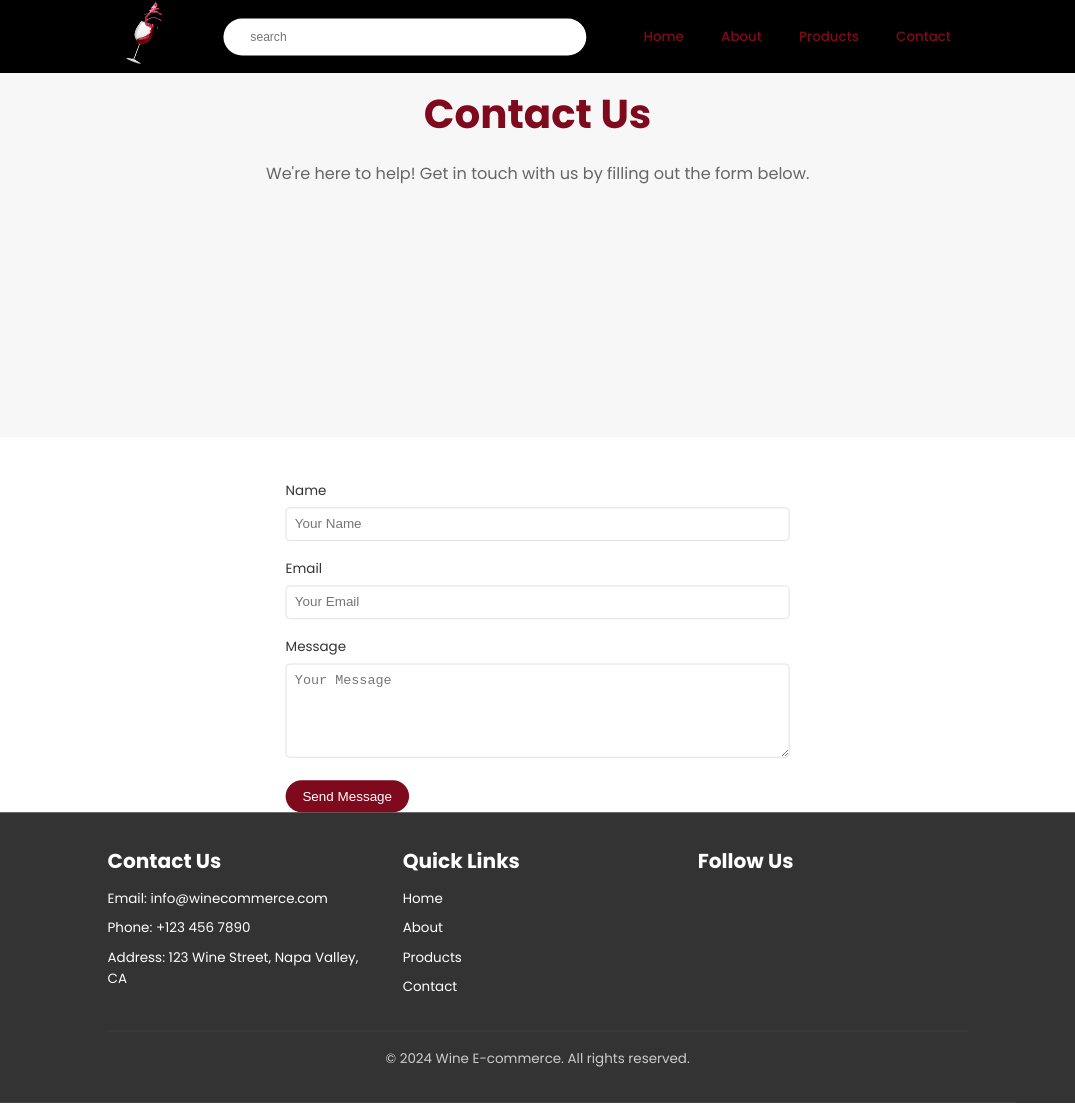
Repository: vncntxl/assesment3
Page: contact.html
The author's editor kept a copy of each file at every save. The page is drawn from the files as they stood at one save, then again after the next save.
The browser window is 1280 px wide. The pictures show the whole page, at 84% of full size.

Above is the page before, as saved 2024-08-22 13:29:42.

### contact.html
<!DOCTYPE html>
<html lang="en">

<head>
    <meta charset="UTF-8">
    <meta name="viewport" content="width=device-width, initial-scale=1.0">
    <title>Contact Us - Wine E-commerce</title>
    <link rel="stylesheet" href="styles.css">
</head>

<body>
    <!-- START OF NAVBAR -->
    <nav class="nav">
        <div class="container">
            <a href="index.html">
                <img class="logo" src="images/logo.png" alt="Logo">
            </a>
            <div class="search-bar">
                <i class="uil uil-search"></i>
                <input type="search" placeholder="search">
            </div>
            <ul>
                <li><a href="index.html">Home</a></li>
                <li><a href="about.html">About</a></li>
                <li><a href="products.html">Products</a></li>
                <li><a href="contact.html" class="active">Contact</a></li>
            </ul>
        </div>
    </nav>
    <!-- END OF NAVBAR -->

    <!-- START OF CONTACT SECTION -->
    <section class="contact-hero">
        <div class="container">
            <h1>Contact Us</h1>
            <p>We're here to help! Get in touch with us by filling out the form below.</p>
        </div>
    </section>

    <section class="contact-form container">
        <form id="contactForm">
            <div class="form-group">
                <label for="name">Name</label>
                <input type="text" id="name" name="name" placeholder="Your Name" required>
            </div>
            <div class="form-group">
                <label for="email">Email</label>
                <input type="email" id="email" name="email" placeholder="Your Email" required>
            </div>
            <div class="form-group">
                <label for="message">Message</label>
                <textarea id="message" name="message" placeholder="Your Message" rows="5" required></textarea>
            </div>
            <button type="submit" class="btn">Send Message</button>
        </form>
    </section>
    <!-- END OF CONTACT SECTION -->

    <!-- START OF FOOTER -->
    <footer class="footer">
        <div class="container">
            <div class="footer-columns">
                <div class="footer-column">
                    <h3>Contact Us</h3>
                    <ul>
                        <li>Email: info@winecommerce.com</li>
                        <li>Phone: +123 456 7890</li>
                        <li>Address: 123 Wine Street, Napa Valley, CA</li>
                    </ul>
                </div>
                <div class="footer-column">
                    <h3>Quick Links</h3>
                    <ul>
                        <li><a href="index.html">Home</a></li>
                        <li><a href="about.html">About</a></li>
                        <li><a href="products.html">Products</a></li>
                        <li><a href="#">Contact</a></li>
                    </ul>
                </div>
                <div class="footer-column">
                    <h3>Follow Us</h3>
                    <ul class="social-links">
                        <li><a href="#"><i class="uil uil-facebook-f"></i></a></li>
                        <li><a href="#"><i class="uil uil-twitter"></i></a></li>
                        <li><a href="#"><i class="uil uil-instagram"></i></a></li>
                        <li><a href="#"><i class="uil uil-linkedin-alt"></i></a></li>
                    </ul>
                </div>
            </div>
            <p class="footer-note">&copy; 2024 Wine E-commerce. All rights reserved.</p>
        </div>
    </footer>
    <!-- END OF FOOTER -->

    <script>
        document.getElementById("contactForm").addEventListener("submit", function(event) {
            event.preventDefault();
            alert("Successfully contacted!");
            document.getElementById("contactForm").reset(); // Reset the form after submission
        });
    </script>
</body>

</html>

### styles.css
/* font */
@import url('https://fonts.googleapis.com/css2?family=Poppins:ital,wght@0,100;0,200;0,300;0,400;0,500;0,600;0,700;0,800;0,900;1,100;1,200;1,300;1,400;1,500;1,600;1,700;1,800;1,900&display=swap');

* {
    padding: 0;
    margin: 0;
    box-sizing: border-box;
    outline: none;
    border: none;
}

body {
    font-family: 'Poppins', sans-serif;
}

.container {
    width: 80%;
    margin: 0 auto;
}

nav {
    width: 100%;
    background-color: black;
    padding: 0.7 rem 0;
    position: fixed;
    top: 0;
    z-index: 10;
}

.logo {
    max-width: 90px;
}

nav .container {
    display: flex;
    align-items: center;
    justify-content: space-between;
}

.search-bar {
    background-color: #fff;
    border-radius: 2rem;
    padding: 0.6rem 1rem;
    margin: 15px;
}

.search-bar input[type="search"] {
    background: transparent;
    width: 30vw;
    margin-left: 1rem;
    font-size: 0.9rem;
    color: #800A1D;

}

nav li {
    display: inline-block;
    padding: 0 20px;
}

nav li a {
    text-decoration: none;
    color: #800A1D;
    font-weight: 500;
}

.hero-section {
    margin-top: 85px;
}

.white-image {
    background-image: url(images/white.jpg);
}

.red-image {
    background-image: url(images/red.jpg);

}

.rose-image {
    background-image: url(images/rose.jpg);

}

.sparkling-image {
    background-image: url(images/white.jpg);

}

.carousel {
    background: #EEE;
    font-size: 80px;
    color: #fff;
    font-weight: 600;
    max-height: 500px;
    margin-bottom: 50px;
}
.carousel-cell {
    width: 100%;
    height: 500px;
    display: flex;
    align-items: center;
    justify-content: center;
    background-size: cover;
    background-position: center;
    background-repeat: no-repeat;
    transition: opacity 0.3s ease;
}

/* cell number */
.carousel-cell:before {
    display: block;
    text-align: center;
    line-height: 200px;
    font-size: 80px;
    color: white;
}


/* big buttons, no circle */
.flickity-prev-next-button {
    width: 50px;
    height: 50px;
    background: rgba(255, 255, 255, 0.5);
    position: absolute;
    top: 50%;
    transform: translateY(-50%);
    z-index: 1000;
}

/* arrow color */
.flickity-prev-next-button .arrow {
    fill: white;
}

.flickity-prev-next-button.no-svg {
    color: white;
}

.flickity-prev-next-button:hover {
    background: transparent;
}

/* hide disabled button */
.flickity-prev-next-button:disabled {
    display: none;
}
/* Start of main content section */
.main-content {
    margin: 0px px;
}

.featured-products {
    text-align: center;
    margin-bottom: 50px;
}

.featured-products h2 {
    font-size: 2.5rem;
    color: #800A1D;
}

.products {
    display: grid;
    grid-template-columns: repeat(auto-fit, minmax(250px, 1fr));
    gap: 20px;
    margin-top: 20px;
}

.product-card {
    background-color: #fff;
    border: 1px solid #ddd;
    border-radius: 10px;
    overflow: hidden;
    box-shadow: 0px 0px 10px rgba(0, 0, 0, 0.1);
    transition: transform 0.3s ease;
    text-align: center;
    padding: 20px;
}

.product-card img {
    width: 100%;
    height: 300px;
    object-fit: contain;
    display: block;
    margin: 0 auto;
}


.product-card h3 {
    font-size: 1.5rem;
    color: #333;
    margin-bottom: 10px;
}

.product-card .price {
    font-size: 1.2rem;
    color: #800A1D;
}

.product-card:hover {
    transform: translateY(-5px);
}

/* About Us Section */
.about-us {
    text-align: center;
    padding: 50px 50px;
    width: 100%;
}

.about-us h2 {
    font-size: 2.5rem;
    color: #800A1D;
    margin-bottom: 20px;
}

.about-us p {
    font-size: 1.1rem;
    color: #666;
    margin-bottom: 30px;
}

.about-us .btn {
    display: inline-block;
    background-color: #800A1D;
    color: #fff;
    padding: 10px 20px;
    border-radius: 20px;
    text-decoration: none;
    transition: background-color 0.3s ease;
}

.about-us .btn:hover {
    background-color: #a00;
}

/* Footer Styles */
.footer {
    background-color: #333;
    color: #fff;
    padding: 40px 0;
    text-align: left;
}

.footer-columns {
    display: grid;
    grid-template-columns: repeat(auto-fit, minmax(200px, 1fr));
    gap: 30px;
    margin-bottom: 30px;
}

.footer-column h3 {
    font-size: 1.5rem;
    margin-bottom: 15px;
}

.footer-column ul {
    list-style: none;
}

.footer-column ul li {
    margin-bottom: 10px;
}

.footer-column ul li a {
    color: #fff;
    text-decoration: none;
}

.footer-column ul li a:hover {
    text-decoration: underline;
}

.social-links {
    display: flex;
    gap: 10px;
}

.social-links li {
    list-style: none;
}

.social-links li a {
    color: #fff;
    font-size: 1.5rem;
    transition: color 0.3s ease;
}

.social-links li a:hover {
    color: #800A1D;
}

.footer-note {
    text-align: center;
    font-size: 1rem;
    color: #ccc;
    border-top: 1px solid #444;
    padding-top: 20px;
    margin-top: 20px;
}

.about-hero {
    background-image: url('images/about-background.jpg');
    background-size: cover;
    background-position: center;
    padding-bottom: 50px;
    text-align: center;
    color: #fff;
}

.about-hero h1 {
    font-size: 3rem;
    margin-bottom: 20px;
}

.about-hero p {
    font-size: 1.2rem;
    max-width: 700px;
    margin: 0 auto;
}

.about-content {
    display: flex;
    flex-wrap: wrap;
    margin-top: 50px;
}

.about-text {
    flex: 1;
    padding-right: 20px;
}

.about-image {
    flex: 1;
}

.about-image img {
    max-width: 100%;
    border-radius: 10px;
    box-shadow: 0px 0px 20px rgba(0, 0, 0, 0.1);
}

.team {
    text-align: center;
    margin-top: 80px;
}

.team h2 {
    font-size: 2.5rem;
    color: #800A1D;
    margin-bottom: 50px;
}

.team-grid {
    display: grid;
    grid-template-columns: repeat(auto-fit, minmax(200px, 1fr));
    gap: 30px;
}

.team-member {
    text-align: center;
}

.team-member img {
    width: 100%;
    height: auto;
    border-radius: 50%;
    margin-bottom: 15px;
}

.team-member h3 {
    font-size: 1.5rem;
    color: #333;
    margin-bottom: 5px;
}

.team-member p {
    font-size: 1rem;
    color: #777;
}

.products-hero{
    margin-top: 100px;
    margin-bottom: 50px;
}
.products-hero .product-card{
    margin-bottom: 50px;
}
.contact-hero {
    background-color: #f7f7f7;
    padding: 100px 0;
    text-align: center;
    color: #333;
}

.contact-hero h1 {
    font-size: 3rem;
    margin-bottom: 20px;
    color: #800A1D;
}

.contact-hero p {
    font-size: 1.2rem;
    max-width: 700px;
    margin: 0 auto;
    margin-bottom: 200px;
    color: #666;
}

.contact-form {
    margin-top: 50px;
    max-width: 600px;
}

.contact-form .form-group {
    margin-bottom: 20px;
}

.contact-form label {
    display: block;
    font-size: 1rem;
    color: #333;
    margin-bottom: 8px;
}

.contact-form input[type="text"],
.contact-form input[type="email"],
.contact-form textarea {
    width: 100%;
    padding: 10px;
    border-radius: 5px;
    border: 1px solid #ddd;
    font-size: 1rem;
    color: #333;
}

.contact-form textarea {
    resize: vertical;
}

.contact-form .btn {
    display: inline-block;
    background-color: #800A1D;
    color: #fff;
    padding: 10px 20px;
    border-radius: 20px;
    text-decoration: none;
    transition: background-color 0.3s ease;
    cursor: pointer;
    border: none;
    font-size: 1rem;
}

.contact-form .btn:hover {
    background-color: #a00;
}

After the next save:
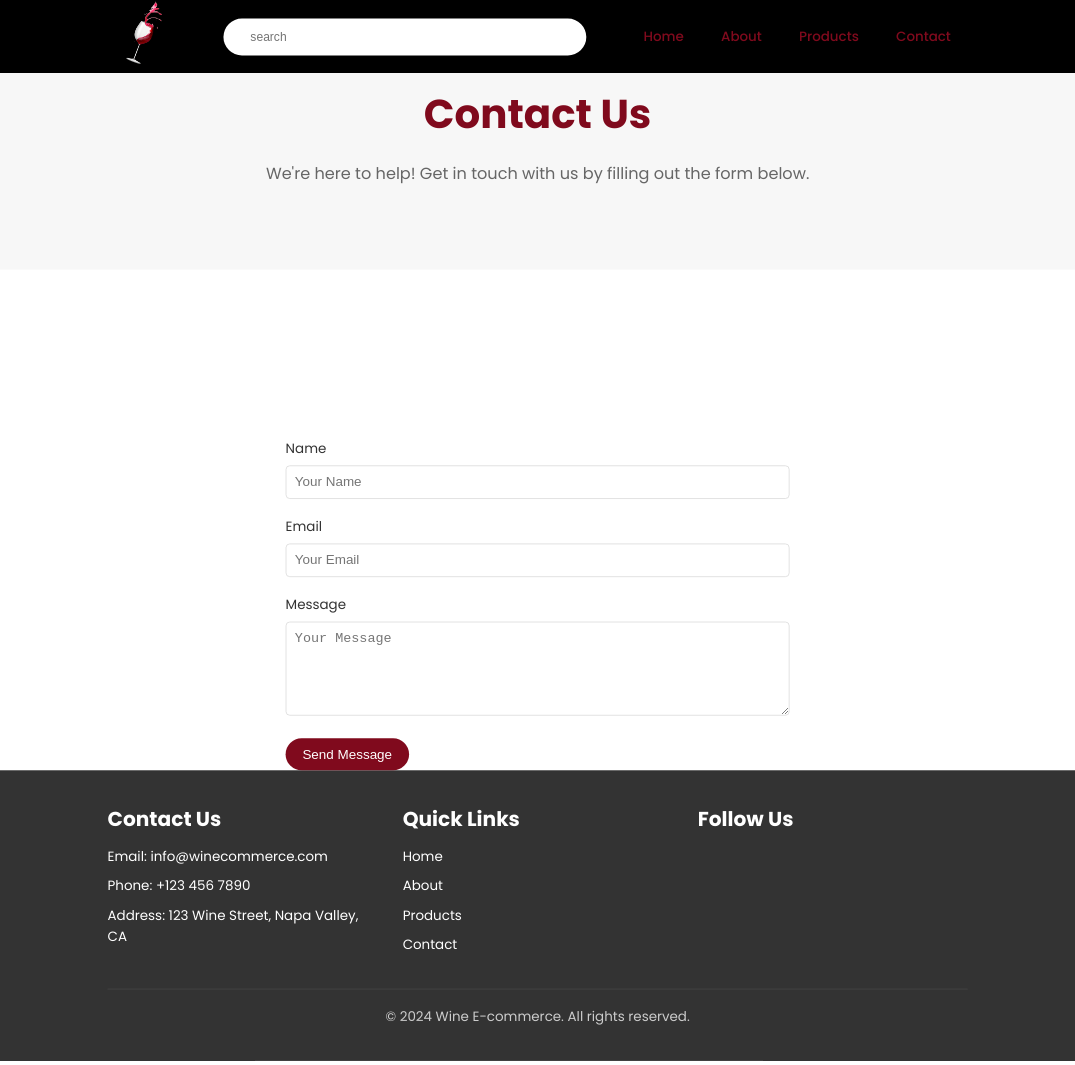
Saved 17 s later.
--- a/styles.css
+++ b/styles.css
@@ -392,6 +392,7 @@ nav li a {
     padding: 100px 0;
     text-align: center;
     color: #333;
+    margin-bottom: 200px;
 }
 
 .contact-hero h1 {
@@ -404,7 +405,6 @@ nav li a {
     font-size: 1.2rem;
     max-width: 700px;
     margin: 0 auto;
-    margin-bottom: 200px;
     color: #666;
 }
 
